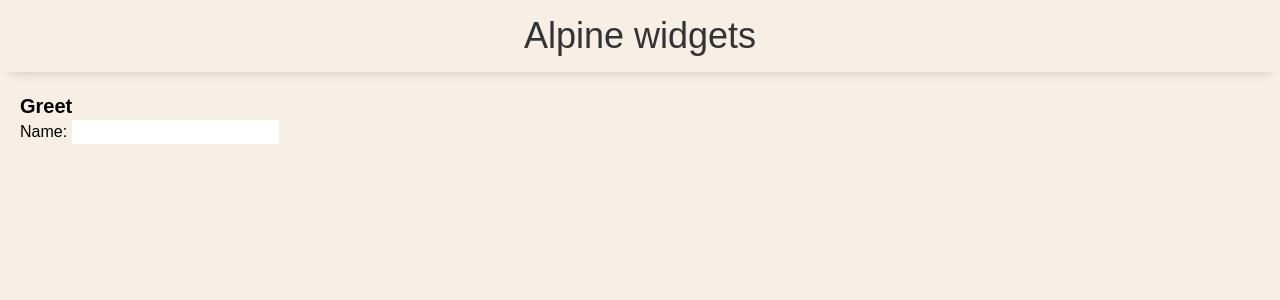
Repository: lasity34/alpine-bootcamp-widgets
Page: index.html
The author's editor kept a copy of each file at every save. The page is drawn from the files as they stood at one save, then again after the next save.
The browser window is 1280 px wide. The pictures show the whole page.
Some web fonts or font styles are not loaded; a fallback is used. Some web libraries are served in a nearby version.

Above is the page before, as saved 2023-07-12 11:08:54.

### index.html
<!DOCTYPE html>
<html lang="en">
<head>
    <meta charset="UTF-8">
    <meta name="viewport" content="width=device-width, initial-scale=1.0">
    <title>Alpine bootcamp widgets</title>
    <script src="//unpkg.com/alpinejs" defer></script>
    <link
      href="https://cdn.jsdelivr.net/npm/tailwindcss@2.1.2/dist/tailwind.min.css"
      rel="stylesheet"
    />
    <link rel="preconnect" href="https://fonts.googleapis.com">
<link rel="preconnect" href="https://fonts.gstatic.com" crossorigin>
<link href="https://fonts.googleapis.com/css2?family=Titillium+Web:ital@0;1&family=Tsukimi+Rounded:wght@300;400;500&display=swap" rel="stylesheet">
    <link rel="stylesheet" href="./style.css">
</head>
<body >
    <h1 class="text-4xl text-center mt-4 pb-4" >Alpine widgets</h1>
    <div>
      <section class="p-5" x-data="greet">
        <h2 class="text-xl font-bold">Greet</h2>
        <div>
          <label>Name:</label>
          <input type="text" x-model="name" />

        </div>
      </section>
    </div>

    <script src="./greet.js"></script>
</body>
</html>

### style.css
body {
    background-color:rgb(247, 239, 229);

    font-family: 'Tsukimi Rounded', sans-serif;
}

h1 {
    box-shadow: 0 10px 10px -10px rgba(0,0,0,0.2);
    font-family: 'Tsukimi Rounded', sans-serif;
    color: #333;
}

### greet.js


function greet() {

}



document.addEventListener("alpine:init", () => {
    Alpine.data("greet", greet);
  });

After the next save:
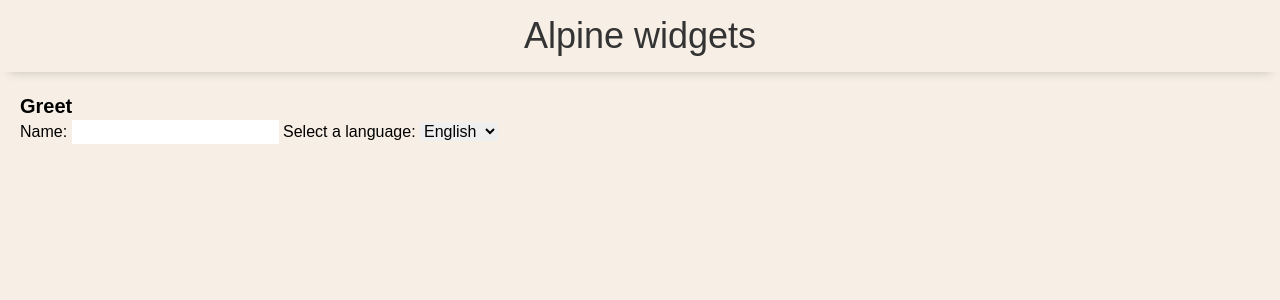
Console error: ReferenceError: language is not defined
Saved 109 s later.
--- a/index.html
+++ b/index.html
@@ -23,6 +23,13 @@
           <label>Name:</label>
           <input type="text" x-model="name" />
 
+          <label>Select a language:</label>
+          <select x-model="language">
+            <option>English</option>
+            <option>French</option>
+            <option>Spanish</option>
+          </select>
+
         </div>
       </section>
     </div>
